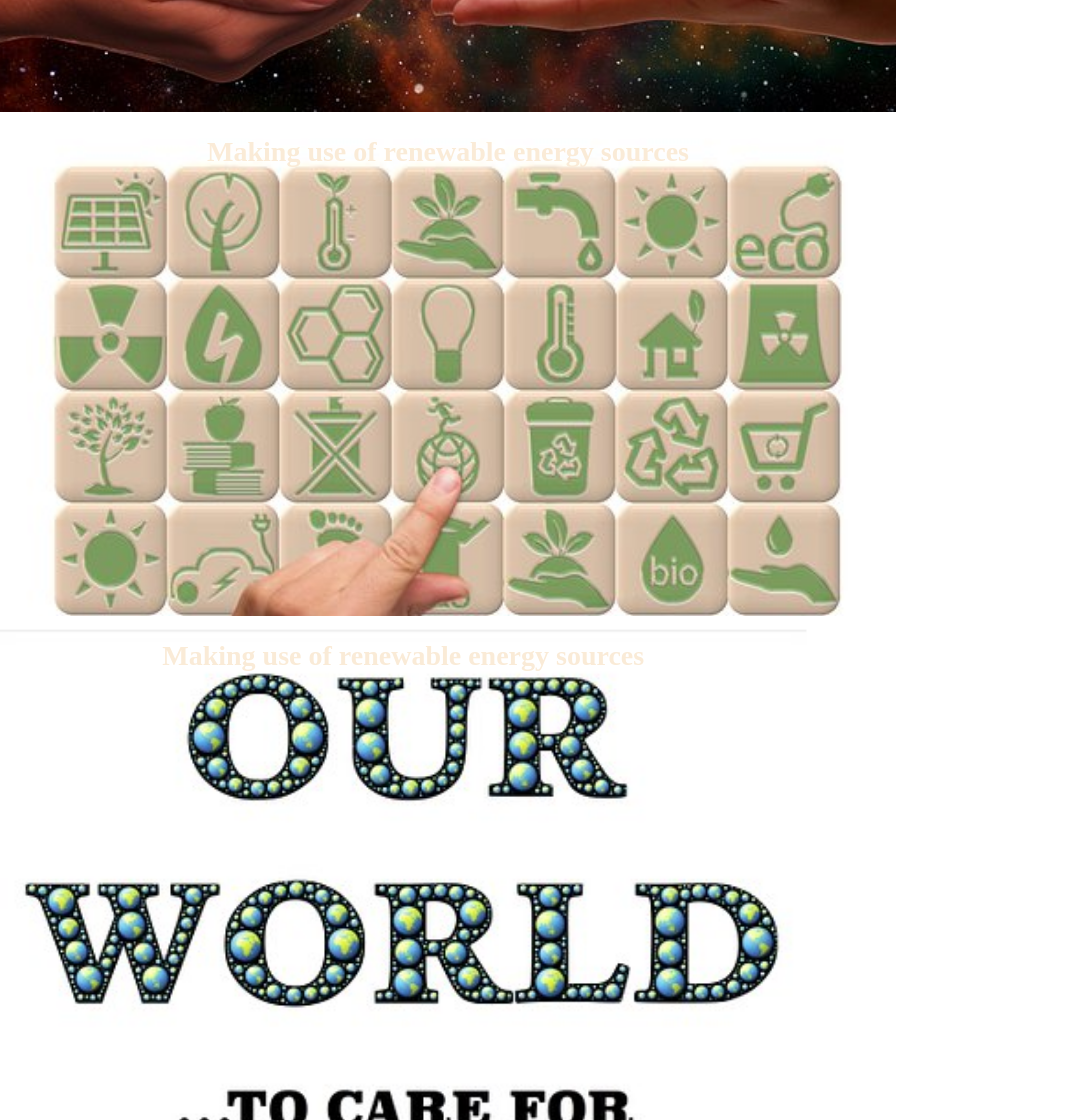
Repository: NavinDayanithi/static-web-design-competition
Page: index.html
These files come from the project's save history. The page is drawn as it stood at one moment and after the next save; the edit follows.
The browser window is 1280 px wide. The page is 1280 px wide, then 1536 px, so the pictures cover 1536 px, including what lies to the right of the window. The pictures show the part of the page from y = 2800 to 4400 px (the page is 4400 px tall), at 70% of full size.
Backgrounds fixed to the window are drawn as part of the page.

Above is the page before, as saved 2023-04-28 20:36:26.

After the next save:
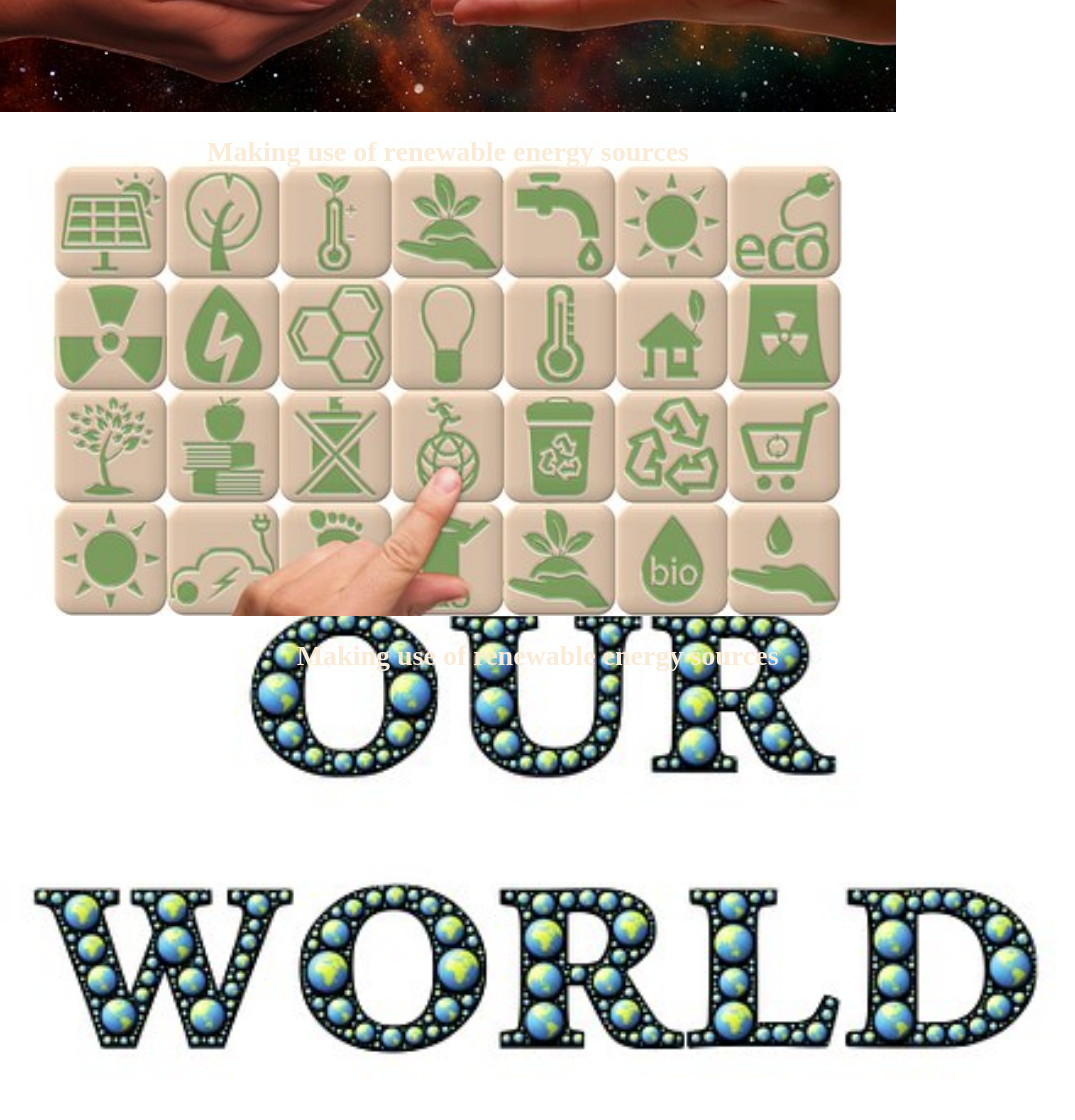
Saved 12 s later.
--- a/styles.css
+++ b/styles.css
@@ -74,7 +74,7 @@ head{
 
 .box6{
     height: 100vh;
-    width:90%;
+    width:120%;
     background-image: url(img6.jpg);
     background-size: cover;
    background-position: center;
